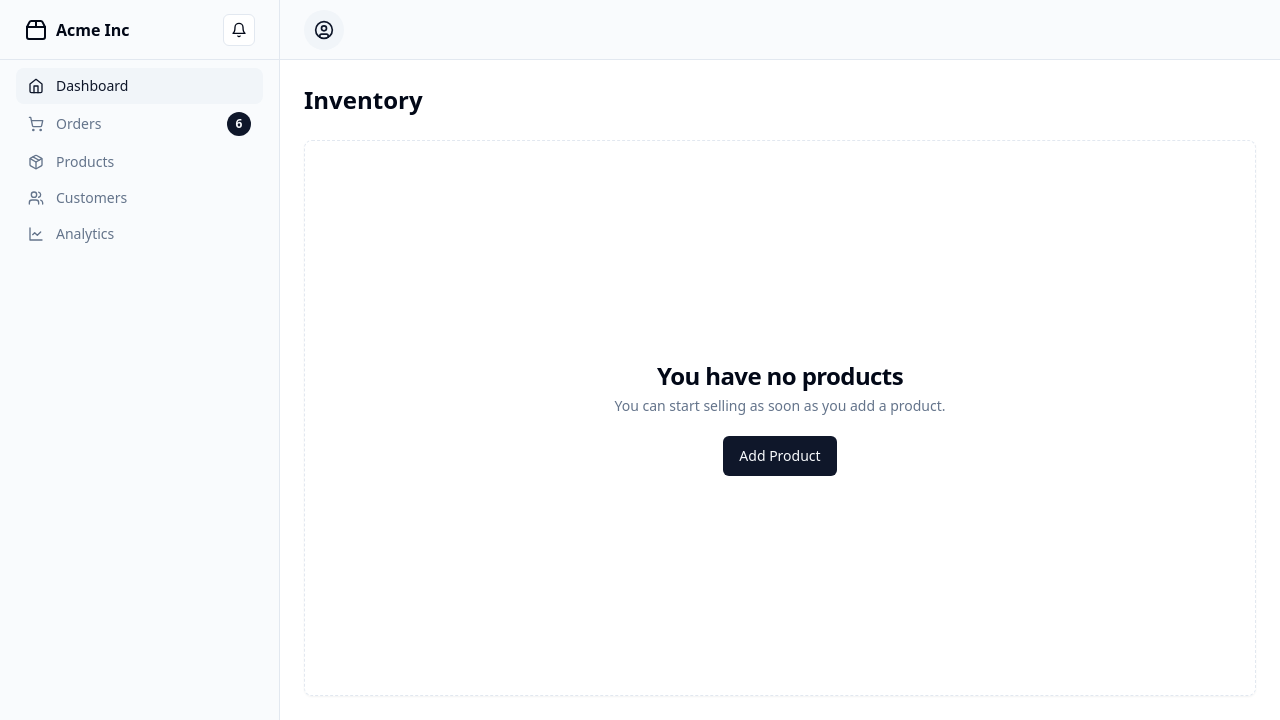
Repository: ifeanyidavid/yabta
Page: /dashboard (app in frontend/)
The author's editor kept a copy of each file at every save. The page is drawn from the files as they stood at one save, then again after the next save.
The browser window is 1280 px wide. The pictures show the whole page.
The project was rebuilt for these pictures with package versions that can differ from the ones it lists, and the page was loaded fresh each time. Also part of the build but not shown: frontend/vite.config.ts, frontend/src/components/ui/card.tsx, frontend/src/components/ui/label.tsx, frontend/src/components/auth/login-form.tsx, frontend/src/pages/Login/index.tsx, frontend/src/routes/root.tsx, frontend/src/routes/error-page.tsx, frontend/src/components/auth/register-form.tsx and 5 more.

Above is the page before, as saved 2024-07-13 03:51:10.

### frontend/src/main.tsx
import React from "react";
import ReactDOM from "react-dom/client";
import { createBrowserRouter, RouterProvider } from "react-router-dom";
import "@/styles/global.css";
import Root from "@/routes/root";
import ErrorPage from "@/routes/error-page";
import { Dashboard as DashboardRoute } from "@/routes/dashboard";
import { Register as RegisterRoute } from "@/routes/register";
import { ForgotPassword as ForgotPasswordRoute } from "@/routes/forgot-password";

const router = createBrowserRouter([
  {
    path: "/",
    element: <Root />,
    errorElement: <ErrorPage />,
  },
  {
    path: "/dashboard",
    element: <DashboardRoute />,
    errorElement: <ErrorPage />,
  },
  {
    path: "/register",
    element: <RegisterRoute />,
    errorElement: <ErrorPage />,
  },
  {
    path: "/forgot-password",
    element: <ForgotPasswordRoute />,
    errorElement: <ErrorPage />,
  },
]);

ReactDOM.createRoot(document.getElementById("root")!).render(
  <React.StrictMode>
    <RouterProvider router={router} />
  </React.StrictMode>
);

### frontend/src/styles/global.css
@tailwind base;
  @tailwind components;
  @tailwind utilities;

  @layer base {
    :root {
      --background: 0 0% 100%;
      --foreground: 222.2 84% 4.9%;
      --card: 0 0% 100%;
      --card-foreground: 222.2 84% 4.9%;
      --popover: 0 0% 100%;
      --popover-foreground: 222.2 84% 4.9%;
      --primary: 222.2 47.4% 11.2%;
      --primary-foreground: 210 40% 98%;
      --secondary: 210 40% 96.1%;
      --secondary-foreground: 222.2 47.4% 11.2%;
      --muted: 210 40% 96.1%;
      --muted-foreground: 215.4 16.3% 46.9%;
      --accent: 210 40% 96.1%;
      --accent-foreground: 222.2 47.4% 11.2%;
      --destructive: 0 84.2% 60.2%;
      --destructive-foreground: 210 40% 98%;
      --border: 214.3 31.8% 91.4%;
      --input: 214.3 31.8% 91.4%;
      --ring: 222.2 84% 4.9%;
      --radius: 0.5rem;
      --chart-1: 12 76% 61%;
      --chart-2: 173 58% 39%;
      --chart-3: 197 37% 24%;
      --chart-4: 43 74% 66%;
      --chart-5: 27 87% 67%;
    }

    .dark {
      --background: 222.2 84% 4.9%;
      --foreground: 210 40% 98%;
      --card: 222.2 84% 4.9%;
      --card-foreground: 210 40% 98%;
      --popover: 222.2 84% 4.9%;
      --popover-foreground: 210 40% 98%;
      --primary: 210 40% 98%;
      --primary-foreground: 222.2 47.4% 11.2%;
      --secondary: 217.2 32.6% 17.5%;
      --secondary-foreground: 210 40% 98%;
      --muted: 217.2 32.6% 17.5%;
      --muted-foreground: 215 20.2% 65.1%;
      --accent: 217.2 32.6% 17.5%;
      --accent-foreground: 210 40% 98%;
      --destructive: 0 62.8% 30.6%;
      --destructive-foreground: 210 40% 98%;
      --border: 217.2 32.6% 17.5%;
      --input: 217.2 32.6% 17.5%;
      --ring: 212.7 26.8% 83.9%;
      --chart-1: 220 70% 50%;
      --chart-2: 160 60% 45%;
      --chart-3: 30 80% 55%;
      --chart-4: 280 65% 60%;
      --chart-5: 340 75% 55%;
    }
  }

  @layer base {
    * {
      @apply border-border;
    }
    body {
      @apply bg-background text-foreground;
    }
  }

### frontend/src/routes/dashboard.tsx
import React from "react";
import { Dashboard as DashboardPage } from "@/pages/Dashboard";

export const Dashboard: React.FC = () => {
  return <DashboardPage />;
};

### frontend/src/pages/Dashboard/index.tsx
import { NavLink, navigate, useNavigate } from "react-router-dom";
import { Button } from "@/components/ui/button";
import { Badge } from "@/components/ui/badge";
import {
  Card,
  CardHeader,
  CardTitle,
  CardDescription,
  CardContent,
} from "@/components/ui/card";
import { Sheet, SheetTrigger, SheetContent } from "@/components/ui/sheet";
import { Input } from "@/components/ui/input";
import {
  DropdownMenu,
  DropdownMenuTrigger,
  DropdownMenuContent,
  DropdownMenuLabel,
  DropdownMenuSeparator,
  DropdownMenuItem,
} from "@/components/ui/dropdown-menu";

const Sidebar: React.FC = () => {
  return (
    <div className="flex h-full max-h-screen flex-col gap-2">
      <div className="flex h-14 items-center border-b px-4 lg:h-[60px] lg:px-6">
        <NavLink to="#" className="flex items-center gap-2 font-semibold">
          <Package2Icon className="h-6 w-6" />
          <span className="">Acme Inc</span>
        </NavLink>
        <Button variant="outline" size="icon" className="ml-auto h-8 w-8">
          <BellIcon className="h-4 w-4" />
          <span className="sr-only">Toggle notifications</span>
        </Button>
      </div>
      <div className="flex-1">
        <nav className="grid items-start px-2 text-sm font-medium lg:px-4">
          <NavLink
            to="#"
            className="flex items-center gap-3 rounded-lg bg-muted px-3 py-2 text-primary transition-all hover:text-primary"
          >
            <HomeIcon className="h-4 w-4" />
            Dashboard
          </NavLink>
          <NavLink
            to="#"
            className="flex items-center gap-3 rounded-lg px-3 py-2 text-muted-foreground transition-all hover:text-primary"
          >
            <ShoppingCartIcon className="h-4 w-4" />
            Orders
            <Badge className="ml-auto flex h-6 w-6 shrink-0 items-center justify-center rounded-full">
              6
            </Badge>
          </NavLink>
          <NavLink
            to="#"
            className="flex items-center gap-3 rounded-lg px-3 py-2 text-muted-foreground transition-all hover:text-primary"
          >
            <PackageIcon className="h-4 w-4" />
            Products{" "}
          </NavLink>
          <NavLink
            to="#"
            className="flex items-center gap-3 rounded-lg px-3 py-2 text-muted-foreground transition-all hover:text-primary"
          >
            <UsersIcon className="h-4 w-4" />
            Customers
          </NavLink>
          <NavLink
            to="#"
            className="flex items-center gap-3 rounded-lg px-3 py-2 text-muted-foreground transition-all hover:text-primary"
          >
            <LineChartIcon className="h-4 w-4" />
            Analytics
          </NavLink>
        </nav>
      </div>
    </div>
  );
};

const SidebarMobile: React.FC = () => {
  return (
    <Sheet>
      <SheetTrigger asChild>
        <Button variant="outline" size="icon" className="shrink-0 md:hidden">
          <MenuIcon className="h-5 w-5" />
          <span className="sr-only">Toggle navigation menu</span>
        </Button>
      </SheetTrigger>
      <SheetContent side="left" className="flex flex-col">
        <nav className="grid gap-2 text-lg font-medium">
          <NavLink
            to="#"
            className="flex items-center gap-2 text-lg font-semibold"
          >
            <Package2Icon className="h-6 w-6" />
            <span className="sr-only">Acme Inc</span>
          </NavLink>
          <NavLink
            to="#"
            className="mx-[-0.65rem] flex items-center gap-4 rounded-xl px-3 py-2 text-muted-foreground hover:text-foreground"
          >
            <HomeIcon className="h-5 w-5" />
            Dashboard
          </NavLink>
          <NavLink
            to="#"
            className="mx-[-0.65rem] flex items-center gap-4 rounded-xl bg-muted px-3 py-2 text-foreground hover:text-foreground"
          >
            <ShoppingCartIcon className="h-5 w-5" />
            Orders
            <Badge className="ml-auto flex h-6 w-6 shrink-0 items-center justify-center rounded-full">
              6
            </Badge>
          </NavLink>
          <NavLink
            to="#"
            className="mx-[-0.65rem] flex items-center gap-4 rounded-xl px-3 py-2 text-muted-foreground hover:text-foreground"
          >
            <PackageIcon className="h-5 w-5" />
            Products
          </NavLink>
          <NavLink
            to="#"
            className="mx-[-0.65rem] flex items-center gap-4 rounded-xl px-3 py-2 text-muted-foreground hover:text-foreground"
          >
            <UsersIcon className="h-5 w-5" />
            Customers
          </NavLink>
          <NavLink
            to="#"
            className="mx-[-0.65rem] flex items-center gap-4 rounded-xl px-3 py-2 text-muted-foreground hover:text-foreground"
          >
            <LineChartIcon className="h-5 w-5" />
            Analytics
          </NavLink>
        </nav>
        <div className="mt-auto">
          <Card>
            <CardHeader>
              <CardTitle>Upgrade to Pro</CardTitle>
              <CardDescription>
                Unlock all features and get unlimited access to our support
                team.
              </CardDescription>
            </CardHeader>
            <CardContent>
              <Button size="sm" className="w-full">
                Upgrade
              </Button>
            </CardContent>
          </Card>
        </div>
      </SheetContent>
    </Sheet>
  );
};

export const Dashboard: React.FC = () => {
  const navigate = useNavigate();
  return (
    <div className="grid min-h-screen w-full md:grid-cols-[220px_1fr] lg:grid-cols-[280px_1fr]">
      <div className="hidden border-r bg-muted/40 md:block">
        <Sidebar />
      </div>
      <div className="flex flex-col">
        <header className="flex h-14 items-center gap-4 border-b bg-muted/40 px-4 lg:h-[60px] lg:px-6">
          <SidebarMobile />
          <div>
            <DropdownMenu>
              <DropdownMenuTrigger asChild>
                <Button
                  variant="secondary"
                  size="icon"
                  className="rounded-full"
                >
                  <CircleUserIcon className="h-5 w-5" />
                  <span className="sr-only">Toggle user menu</span>
                </Button>
              </DropdownMenuTrigger>
              <DropdownMenuContent align="end">
                <DropdownMenuLabel>My Account</DropdownMenuLabel>
                <DropdownMenuSeparator />
                <DropdownMenuItem>Settings</DropdownMenuItem>
                <DropdownMenuItem>Support</DropdownMenuItem>
                <DropdownMenuSeparator />
                <DropdownMenuItem onSelect={() => navigate("/")}>
                  Logout
                </DropdownMenuItem>
              </DropdownMenuContent>
            </DropdownMenu>
          </div>
        </header>
        <main className="flex flex-1 flex-col gap-4 p-4 lg:gap-6 lg:p-6">
          <div className="flex items-center">
            <h1 className="text-lg font-semibold md:text-2xl">Inventory</h1>
          </div>
          <div
            className="flex flex-1 items-center justify-center rounded-lg border border-dashed shadow-sm"
            x-chunk="dashboard-02-chunk-1"
          >
            <div className="flex flex-col items-center gap-1 text-center">
              <h3 className="text-2xl font-bold tracking-tight">
                You have no products
              </h3>
              <p className="text-sm text-muted-foreground">
                You can start selling as soon as you add a product.
              </p>
              <Button className="mt-4">Add Product</Button>
            </div>
          </div>
        </main>
      </div>
    </div>
  );
};

function BellIcon(props) {
  return (
    <svg
      {...props}
      xmlns="http://www.w3.org/2000/svg"
      width="24"
      height="24"
      viewBox="0 0 24 24"
      fill="none"
      stroke="currentColor"
      strokeWidth="2"
      strokeLinecap="round"
      strokeLinejoin="round"
    >
      <path d="M6 8a6 6 0 0 1 12 0c0 7 3 9 3 9H3s3-2 3-9" />
      <path d="M10.3 21a1.94 1.94 0 0 0 3.4 0" />
    </svg>
  );
}

function CircleUserIcon(props) {
  return (
    <svg
      {...props}
      xmlns="http://www.w3.org/2000/svg"
      width="24"
      height="24"
      viewBox="0 0 24 24"
      fill="none"
      stroke="currentColor"
      strokeWidth="2"
      strokeLinecap="round"
      strokeLinejoin="round"
    >
      <circle cx="12" cy="12" r="10" />
      <circle cx="12" cy="10" r="3" />
      <path d="M7 20.662V19a2 2 0 0 1 2-2h6a2 2 0 0 1 2 2v1.662" />
    </svg>
  );
}

function HomeIcon(props) {
  return (
    <svg
      {...props}
      xmlns="http://www.w3.org/2000/svg"
      width="24"
      height="24"
      viewBox="0 0 24 24"
      fill="none"
      stroke="currentColor"
      strokeWidth="2"
      strokeLinecap="round"
      strokeLinejoin="round"
    >
      <path d="m3 9 9-7 9 7v11a2 2 0 0 1-2 2H5a2 2 0 0 1-2-2z" />
      <polyline points="9 22 9 12 15 12 15 22" />
    </svg>
  );
}

function LineChartIcon(props) {
  return (
    <svg
      {...props}
      xmlns="http://www.w3.org/2000/svg"
      width="24"
      height="24"
      viewBox="0 0 24 24"
      fill="none"
      stroke="currentColor"
      strokeWidth="2"
      strokeLinecap="round"
      strokeLinejoin="round"
    >
      <path d="M3 3v18h18" />
      <path d="m19 9-5 5-4-4-3 3" />
    </svg>
  );
}

function MenuIcon(props) {
  return (
    <svg
      {...props}
      xmlns="http://www.w3.org/2000/svg"
      width="24"
      height="24"
      viewBox="0 0 24 24"
      fill="none"
      stroke="currentColor"
      strokeWidth="2"
      strokeLinecap="round"
      strokeLinejoin="round"
    >
      <line x1="4" x2="20" y1="12" y2="12" />
      <line x1="4" x2="20" y1="6" y2="6" />
      <line x1="4" x2="20" y1="18" y2="18" />
    </svg>
  );
}

function Package2Icon(props) {
  return (
    <svg
      {...props}
      xmlns="http://www.w3.org/2000/svg"
      width="24"
      height="24"
      viewBox="0 0 24 24"
      fill="none"
      stroke="currentColor"
      strokeWidth="2"
      strokeLinecap="round"
      strokeLinejoin="round"
    >
      <path d="M3 9h18v10a2 2 0 0 1-2 2H5a2 2 0 0 1-2-2V9Z" />
      <path d="m3 9 2.45-4.9A2 2 0 0 1 7.24 3h9.52a2 2 0 0 1 1.8 1.1L21 9" />
      <path d="M12 3v6" />
    </svg>
  );
}

function PackageIcon(props) {
  return (
    <svg
      {...props}
      xmlns="http://www.w3.org/2000/svg"
      width="24"
      height="24"
      viewBox="0 0 24 24"
      fill="none"
      stroke="currentColor"
      strokeWidth="2"
      strokeLinecap="round"
      strokeLinejoin="round"
    >
      <path d="m7.5 4.27 9 5.15" />
      <path d="M21 8a2 2 0 0 0-1-1.73l-7-4a2 2 0 0 0-2 0l-7 4A2 2 0 0 0 3 8v8a2 2 0 0 0 1 1.73l7 4a2 2 0 0 0 2 0l7-4A2 2 0 0 0 21 16Z" />
      <path d="m3.3 7 8.7 5 8.7-5" />
      <path d="M12 22V12" />
    </svg>
  );
}

function SearchIcon(props) {
  return (
    <svg
      {...props}
      xmlns="http://www.w3.org/2000/svg"
      width="24"
      height="24"
      viewBox="0 0 24 24"
      fill="none"
      stroke="currentColor"
      strokeWidth="2"
      strokeLinecap="round"
      strokeLinejoin="round"
    >
      <circle cx="11" cy="11" r="8" />
      <path d="m21 21-4.3-4.3" />
    </svg>
  );
}

function ShoppingCartIcon(props) {
  return (
    <svg
      {...props}
      xmlns="http://www.w3.org/2000/svg"
      width="24"
      height="24"
      viewBox="0 0 24 24"
      fill="none"
      stroke="currentColor"
      strokeWidth="2"
      strokeLinecap="round"
      strokeLinejoin="round"
    >
      <circle cx="8" cy="21" r="1" />
      <circle cx="19" cy="21" r="1" />
      <path d="M2.05 2.05h2l2.66 12.42a2 2 0 0 0 2 1.58h9.78a2 2 0 0 0 1.95-1.57l1.65-7.43H5.12" />
    </svg>
  );
}

function UsersIcon(props) {
  return (
    <svg
      {...props}
      xmlns="http://www.w3.org/2000/svg"
      width="24"
      height="24"
      viewBox="0 0 24 24"
      fill="none"
      stroke="currentColor"
      strokeWidth="2"
      strokeLinecap="round"
      strokeLinejoin="round"
    >
      <path d="M16 21v-2a4 4 0 0 0-4-4H6a4 4 0 0 0-4 4v2" />
      <circle cx="9" cy="7" r="4" />
      <path d="M22 21v-2a4 4 0 0 0-3-3.87" />
      <path d="M16 3.13a4 4 0 0 1 0 7.75" />
    </svg>
  );
}

function XIcon(props) {
  return (
    <svg
      {...props}
      xmlns="http://www.w3.org/2000/svg"
      width="24"
      height="24"
      viewBox="0 0 24 24"
      fill="none"
      stroke="currentColor"
      strokeWidth="2"
      strokeLinecap="round"
      strokeLinejoin="round"
    >
      <path d="M18 6 6 18" />
      <path d="m6 6 12 12" />
    </svg>
  );
}

### frontend/src/components/ui/button.tsx
import * as React from "react"
import { Slot } from "@radix-ui/react-slot"
import { cva, type VariantProps } from "class-variance-authority"

import { cn } from "@/lib/utils"

const buttonVariants = cva(
  "inline-flex items-center justify-center whitespace-nowrap rounded-md text-sm font-medium ring-offset-background transition-colors focus-visible:outline-none focus-visible:ring-2 focus-visible:ring-ring focus-visible:ring-offset-2 disabled:pointer-events-none disabled:opacity-50",
  {
    variants: {
      variant: {
        default: "bg-primary text-primary-foreground hover:bg-primary/90",
        destructive:
          "bg-destructive text-destructive-foreground hover:bg-destructive/90",
        outline:
          "border border-input bg-background hover:bg-accent hover:text-accent-foreground",
        secondary:
          "bg-secondary text-secondary-foreground hover:bg-secondary/80",
        ghost: "hover:bg-accent hover:text-accent-foreground",
        link: "text-primary underline-offset-4 hover:underline",
      },
      size: {
        default: "h-10 px-4 py-2",
        sm: "h-9 rounded-md px-3",
        lg: "h-11 rounded-md px-8",
        icon: "h-10 w-10",
      },
    },
    defaultVariants: {
      variant: "default",
      size: "default",
    },
  }
)

export interface ButtonProps
  extends React.ButtonHTMLAttributes<HTMLButtonElement>,
    VariantProps<typeof buttonVariants> {
  asChild?: boolean
}

const Button = React.forwardRef<HTMLButtonElement, ButtonProps>(
  ({ className, variant, size, asChild = false, ...props }, ref) => {
    const Comp = asChild ? Slot : "button"
    return (
      <Comp
        className={cn(buttonVariants({ variant, size, className }))}
        ref={ref}
        {...props}
      />
    )
  }
)
Button.displayName = "Button"

export { Button, buttonVariants }

### frontend/src/components/ui/badge.tsx
import * as React from "react"
import { cva, type VariantProps } from "class-variance-authority"

import { cn } from "@/lib/utils"

const badgeVariants = cva(
  "inline-flex items-center rounded-full border px-2.5 py-0.5 text-xs font-semibold transition-colors focus:outline-none focus:ring-2 focus:ring-ring focus:ring-offset-2",
  {
    variants: {
      variant: {
        default:
          "border-transparent bg-primary text-primary-foreground hover:bg-primary/80",
        secondary:
          "border-transparent bg-secondary text-secondary-foreground hover:bg-secondary/80",
        destructive:
          "border-transparent bg-destructive text-destructive-foreground hover:bg-destructive/80",
        outline: "text-foreground",
      },
    },
    defaultVariants: {
      variant: "default",
    },
  }
)

export interface BadgeProps
  extends React.HTMLAttributes<HTMLDivElement>,
    VariantProps<typeof badgeVariants> {}

function Badge({ className, variant, ...props }: BadgeProps) {
  return (
    <div className={cn(badgeVariants({ variant }), className)} {...props} />
  )
}

export { Badge, badgeVariants }

### frontend/src/components/ui/input.tsx
import * as React from "react"

import { cn } from "@/lib/utils"

export interface InputProps
  extends React.InputHTMLAttributes<HTMLInputElement> {}

const Input = React.forwardRef<HTMLInputElement, InputProps>(
  ({ className, type, ...props }, ref) => {
    return (
      <input
        type={type}
        className={cn(
          "flex h-10 w-full rounded-md border border-input bg-background px-3 py-2 text-sm ring-offset-background file:border-0 file:bg-transparent file:text-sm file:font-medium placeholder:text-muted-foreground focus-visible:outline-none focus-visible:ring-2 focus-visible:ring-ring focus-visible:ring-offset-2 disabled:cursor-not-allowed disabled:opacity-50",
          className
        )}
        ref={ref}
        {...props}
      />
    )
  }
)
Input.displayName = "Input"

export { Input }

Loaded but not shown: frontend/index.html (common file); frontend/src/lib/utils.ts (common file); frontend/tailwind.config.js (common file); frontend/src/components/ui/dropdown-menu.tsx (200 lines, source omitted); frontend/src/components/ui/sheet.tsx (140 lines, source omitted)

After the next save:
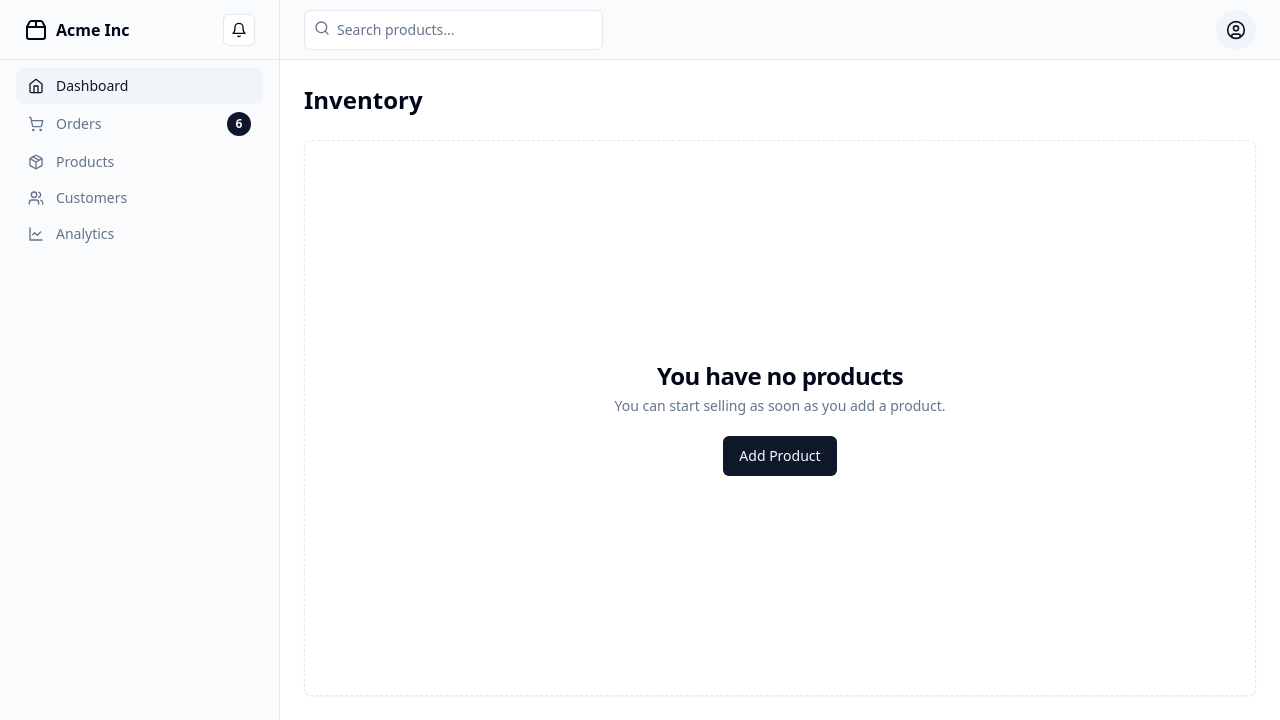
Saved 4 min 51 s later.
--- a/frontend/src/pages/Dashboard/index.tsx
+++ b/frontend/src/pages/Dashboard/index.tsx
@@ -166,30 +166,36 @@ export const Dashboard: React.FC = () => {
       <div className="flex flex-col">
         <header className="flex h-14 items-center gap-4 border-b bg-muted/40 px-4 lg:h-[60px] lg:px-6">
           <SidebarMobile />
-          <div>
-            <DropdownMenu>
-              <DropdownMenuTrigger asChild>
-                <Button
-                  variant="secondary"
-                  size="icon"
-                  className="rounded-full"
-                >
-                  <CircleUserIcon className="h-5 w-5" />
-                  <span className="sr-only">Toggle user menu</span>
-                </Button>
-              </DropdownMenuTrigger>
-              <DropdownMenuContent align="end">
-                <DropdownMenuLabel>My Account</DropdownMenuLabel>
-                <DropdownMenuSeparator />
-                <DropdownMenuItem>Settings</DropdownMenuItem>
-                <DropdownMenuItem>Support</DropdownMenuItem>
-                <DropdownMenuSeparator />
-                <DropdownMenuItem onSelect={() => navigate("/")}>
-                  Logout
-                </DropdownMenuItem>
-              </DropdownMenuContent>
-            </DropdownMenu>
+          <div className="w-full flex-1">
+            <form>
+              <div className="relative">
+                <SearchIcon className="absolute left-2.5 top-2.5 h-4 w-4 text-muted-foreground" />
+                <Input
+                  type="search"
+                  placeholder="Search products..."
+                  className="w-full appearance-none bg-background pl-8 shadow-none md:w-2/3 lg:w-1/3"
+                />
+              </div>
+            </form>
           </div>
+          <DropdownMenu>
+            <DropdownMenuTrigger asChild>
+              <Button variant="secondary" size="icon" className="rounded-full">
+                <CircleUserIcon className="h-5 w-5" />
+                <span className="sr-only">Toggle user menu</span>
+              </Button>
+            </DropdownMenuTrigger>
+            <DropdownMenuContent align="end">
+              <DropdownMenuLabel>My Account</DropdownMenuLabel>
+              <DropdownMenuSeparator />
+              <DropdownMenuItem>Settings</DropdownMenuItem>
+              <DropdownMenuItem>Support</DropdownMenuItem>
+              <DropdownMenuSeparator />
+              <DropdownMenuItem onSelect={() => navigate("/")}>
+                Logout
+              </DropdownMenuItem>
+            </DropdownMenuContent>
+          </DropdownMenu>
         </header>
         <main className="flex flex-1 flex-col gap-4 p-4 lg:gap-6 lg:p-6">
           <div className="flex items-center">
